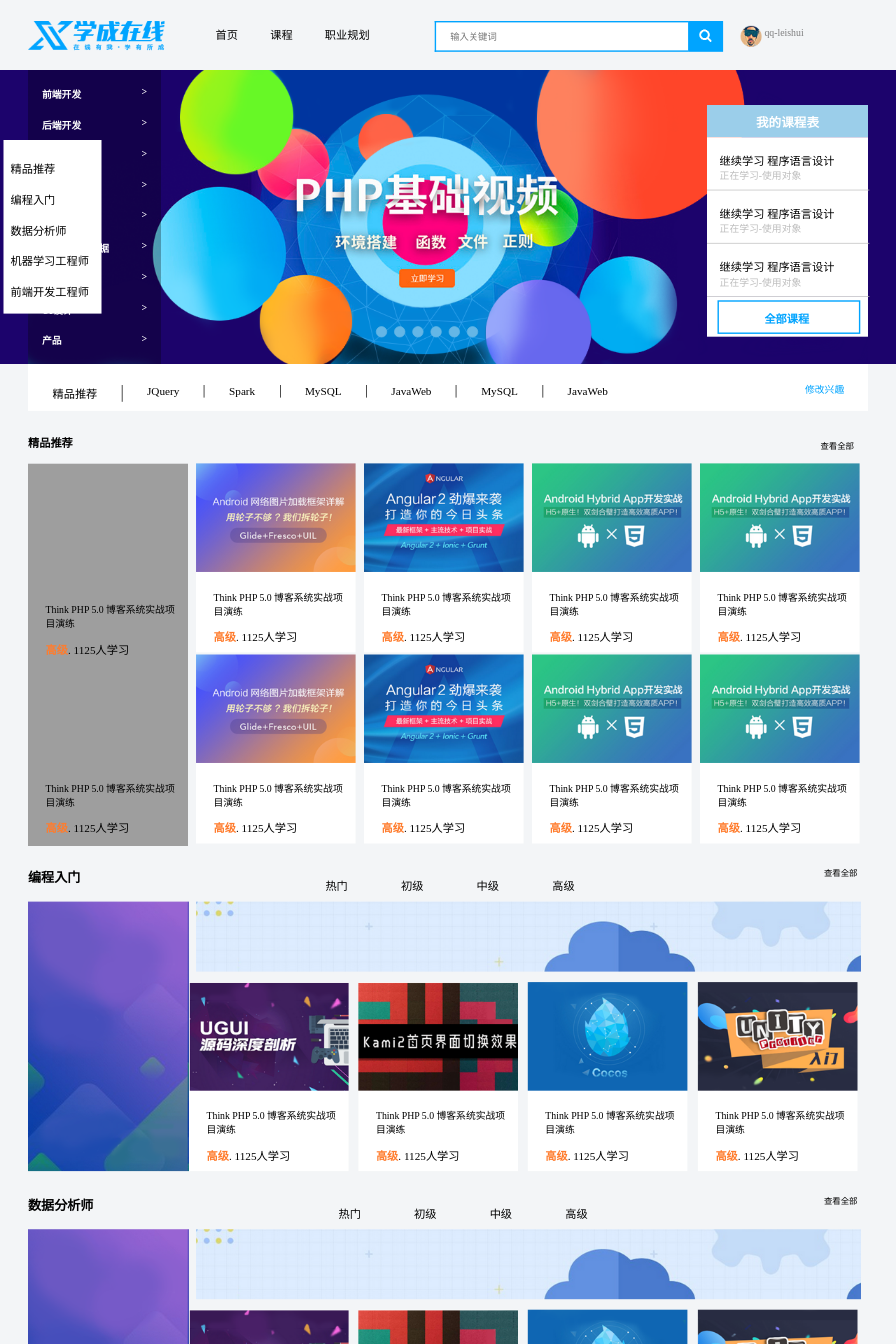
Repository: try-18/web-page-1
Page: index.html
These files come from the project's save history. The page is drawn as it stood at one moment and after the next save; the edit follows.
The browser window is 1280 px wide. The pictures show the part of the page from y = 0 to 1920 px (the page is 3340 px tall), at 70% of full size.
Pictures or frames that could not be fetched are drawn as grey boxes.

Above is the page before, as saved 2021-11-02 13:11:19.

### index.html
<!DOCTYPE html>
<html lang="en">

<head>
    <meta charset="UTF-8">
    <meta http-equiv="X-UA-Compatible" content="IE=edge">
    <meta name="viewport" content="width=device-width, initial-scale=1.0">
    <title>Document</title>
    <link rel="stylesheet" href="index.css">
</head>

<body>
    <div class="header center">
        <div class="logo1"><img src="img\logo.png" alt="学成在线"></div>
        <div class="first">
            <ul>
                <li><a href="#">首页</a></li>
                <li>
                    <a href="#">课程</a>
                </li>
                <li>
                    <a href="#">职业规划</a>
                </li>
            </ul>
        </div>
        <div class="sousuo">
            <input type="text" placeholder="输入关键词">
            <button><img src="img\search.png" alt=""></button>
        </div>
        <div class="person">
            <img src="img\touxiang.png" alt="">
            <h4>qq-leishui</h4>
        </div>
    </div>
    <div class="second">
        <div class="second1 center">
            <div class="second1left">
                <ul>
                    <li>
                        <a href="#">
                            <h4>前端开发</h4>
                            <h5>&gt;</h5>
                        </a>
                    </li>
                    <li>
                        <a href="#">
                            <h4>后端开发</h4>
                            <h5>&gt;</h5>
                        </a>
                    </li>
                    <li>
                        <a href="#">
                            <h4>移动开发</h4>
                            <h5>&gt;</h5>
                        </a>
                    </li>
                    <li>
                        <a href="#">
                            <h4>人工智能</h4>
                            <h5>&gt;</h5>
                        </a>
                    </li>
                    <li>
                        <a href="#">
                            <h4>商业预测</h4>
                            <h5>&gt;</h5>
                        </a>
                    </li>
                    <li>
                        <a href="#">
                            <h4>云计算&大数据</h4>
                            <h5>&gt;</h5>
                        </a>
                    </li>
                    <li>
                        <a href="#">
                            <h4>运维&从测试</h4>
                            <h5>&gt;</h5>
                        </a>
                    </li>
                    <li>
                        <a href="#">
                            <h4>UI设计</h4>
                            <h5>&gt;</h5>
                        </a>
                    </li>
                    <li>
                        <a href="#">
                            <h4>产品</h4>
                            <h5>&gt;</h5>
                        </a>
                    </li>
                </ul>
            </div>
            <div class="second1middle">
                <ul>
                    <li>
                        <a href="#">
                            <div></div>
                        </a>
                    </li>
                    <li>
                        <a href="#">
                            <div></div>
                        </a>
                    </li>
                    <li>
                        <a href="#">
                            <div></div>
                        </a>
                    </li>
                    <li>
                        <a href="#">
                            <div></div>
                        </a>
                    </li>
                    <li>
                        <a href="#">
                            <div></div>
                        </a>
                    </li>
                    <li>
                        <a href="#">
                            <div></div>
                        </a>
                    </li>
                </ul>
            </div>
            <div class="second1right">
                <div class="second1righttop">
                    <h4>我的课程表</h4>
                </div>
                <div class="second1rightmiddle">
                    <ul>
                        <li><a href="#">继续学习 程序语言设计<p>正在学习-使用对象</p></a>
                        </li>
                        <li><a href="#">继续学习 程序语言设计<p>正在学习-使用对象</p></a>
                        </li>
                        <li><a href="#">继续学习 程序语言设计<p>正在学习-使用对象</p></a>
                        </li>
                    </ul>
                </div>
                <div class="second1rightbottom">
                    <div class="second1rightbottomcenter">
                        <h4><a href="#">全部课程</a></h4>
                    </div>
                </div>
            </div>
        </div>
    </div>
    <div class="third center">
        <div class="thirdleft">
            <ul>
                <li><a href="#">精品推荐</a></li>
                <li><a href="#">JQuery</a></li>
                <li><a href="#">Spark</a></li>
                <li><a href="#">MySQL</a></li>
                <li><a href="#">JavaWeb</a></li>
                <li><a href="#">MySQL</a></li>
                <li><a href="#">JavaWeb</a></li>
            </ul>
        </div>
        <div class="thirdright">
            <a href="#">修改兴趣</a>
        </div>

    </div>
    <div class="fourth">
        <div class="fourthtop center">
            <div class="fourthtopleft">
                <h4>精品推荐</h4>
            </div>
            <div class="fourthtopright" id="fourth">
                <a href="#">查看全部</a>
            </div>
        </div>
        <div class="fourthmiddle center">
            <div class="fourthmiddle1 fourthmiddle0">
                <div class="hot">
                    <img src="" alt="">
                </div>
                <p><a href="#">Think PHP 5.0 博客系统实战项目演练</a></p>
                <div class="fourthmiddle11">
                    <h4>高级</h4>
                    <span> . 1125人学习</span>
                </div>
            </div>
            <div class="fourthmiddle2 fourthmiddle0">
                <p><a href="#">Think PHP 5.0 博客系统实战项目演练</a></p>
                <div class="fourthmiddle11">
                    <h4>高级</h4>
                    <span> . 1125人学习</span>
                </div>
            </div>
            <div class="fourthmiddle3 fourthmiddle0">
                <p><a href="#">Think PHP 5.0 博客系统实战项目演练</a></p>
                <div class="fourthmiddle11">
                    <h4>高级</h4>
                    <span> . 1125人学习</span>
                </div>
            </div>
            <div class="fourthmiddle4 fourthmiddle0">
                <p><a href="#">Think PHP 5.0 博客系统实战项目演练</a></p>
                <div class="fourthmiddle11">
                    <h4>高级</h4>
                    <span> . 1125人学习</span>
                </div>
            </div>
            <div class="fourthmiddle5 fourthmiddle0">
                <p><a href="#">Think PHP 5.0 博客系统实战项目演练</a></p>
                <div class="fourthmiddle11">
                    <h4>高级</h4>
                    <span> . 1125人学习</span>
                </div>
            </div>
            <div class="fourthmiddle6 fourthmiddle0">
                <p><a href="#">Think PHP 5.0 博客系统实战项目演练</a></p>
                <div class="fourthmiddle11">
                    <h4>高级</h4>
                    <span> . 1125人学习</span>
                </div>
            </div>
            <div class="fourthmiddle7 fourthmiddle0">
                <p><a href="#">Think PHP 5.0 博客系统实战项目演练</a></p>
                <div class="fourthmiddle11">
                    <h4>高级</h4>
                    <span> . 1125人学习</span>
                </div>
            </div>
            <div class="fourthmiddle8 fourthmiddle0">
                <p><a href="#">Think PHP 5.0 博客系统实战项目演练</a></p>
                <div class="fourthmiddle11">
                    <h4>高级</h4>
                    <span> . 1125人学习</span>
                </div>
            </div>
            <div class="fourthmiddle9 fourthmiddle0">
                <p><a href="#">Think PHP 5.0 博客系统实战项目演练</a></p>
                <div class="fourthmiddle11">
                    <h4>高级</h4>
                    <span> . 1125人学习</span>
                </div>
            </div>
            <div class="fourthmiddle10 fourthmiddle0">
                <p><a href="#">Think PHP 5.0 博客系统实战项目演练</a></p>
                <div class="fourthmiddle11">
                    <h4>高级</h4>
                    <span> . 1125人学习</span>
                </div>
            </div>
        </div>
    </div>
    <div class="fifthtop center">
        <h3>编程入门</h3>
        <div class="fifthtopmiddle">
            <ul>
                <li>热门</li>
                <li>初级</li>
                <li>中级</li>
                <li>高级</li>
            </ul>
        </div>
        <a href="#" id="fifth">查看全部</a>
    </div>
    <div class="fifthmiddle center">
        <div class="fifthmiddleleft"> </div>
        <div class="fifthmiddletop"></div>
        <div class="fifthmiddlemiddle">
            <div class="fifthmiddle1 fourthmiddle0">
                <p><a href="#">Think PHP 5.0 博客系统实战项目演练</a></p>
                <div class="fifthmiddle11">
                    <h4>高级</h4>
                    <span> . 1125人学习</span>
                </div>
            </div>
            <div class="fifthmiddle2 fourthmiddle0">
                <p><a href="#">Think PHP 5.0 博客系统实战项目演练</a></p>
                <div class="fifthmiddle11">
                    <h4>高级</h4>
                    <span> . 1125人学习</span>
                </div>
            </div>
            <div class="fifthmiddle3 fourthmiddle0">
                <p><a href="#">Think PHP 5.0 博客系统实战项目演练</a></p>
                <div class="fifthmiddle11">
                    <h4>高级</h4>
                    <span> . 1125人学习</span>
                </div>
            </div>
            <div class="fifthmiddle4 fourthmiddle0">
                <p><a href="#">Think PHP 5.0 博客系统实战项目演练</a></p>
                <div class="fifthmiddle11">
                    <h4>高级</h4>
                    <span> . 1125人学习</span>
                </div>
            </div>
        </div>
    </div>
    <div class="sixthtop center">
        <h3>数据分析师</h3>
        <div class="sixthtopmiddle">
            <ul>
                <li>热门</li>
                <li>初级</li>
                <li>中级</li>
                <li>高级</li>
            </ul>
        </div>
        <a href="#" id="sixth">查看全部</a>
    </div>
    <div class="sixthmiddle center">
        <div class="sixthmiddleleft">
        </div>
        <div class="sixthmiddletop">
        </div>
        <div class="sixthmiddlemiddle">
            <div class="sixthmiddle1 fourthmiddle0">
                <p><a href="#">Think PHP 5.0 博客系统实战项目演练</a></p>
                <div class="sixthmiddle11">
                    <h4>高级</h4>
                    <span> . 1125人学习</span>
                </div>
            </div>
            <div class="sixthmiddle2 fourthmiddle0">
                <p><a href="#">Think PHP 5.0 博客系统实战项目演练</a></p>
                <div class="sixthmiddle11">
                    <h4>高级</h4>
                    <span> . 1125人学习</span>
                </div>
            </div>
            <div class="sixthmiddle3 fourthmiddle0">
                <p><a href="#">Think PHP 5.0 博客系统实战项目演练</a></p>
                <div class="sixthmiddle11">
                    <h4>高级</h4>
                    <span> . 1125人学习</span>
                </div>
            </div>
            <div class="sixthmiddle4 fourthmiddle0">
                <p><a href="#">Think PHP 5.0 博客系统实战项目演练</a></p>
                <div class="sixthmiddle11">
                    <h4>高级</h4>
                    <span> . 1125人学习</span>
                </div>
            </div>
        </div>
    </div>
    <div class="seventhtop center">
        <h3>机器学习工程师</h3>
        <div class="seventhtopmiddle">
            <ul>
                <li>热门</li>
                <li>初级</li>
                <li>中级</li>
                <li>高级</li>
            </ul>
        </div>
        <a href="#" id="seventh">查看全部</a>
    </div>
    <div class="seventhmiddle center">
        <div class="seventhmiddlemiddle">
            <div class="seventhmiddle1 fourthmiddle0">
                <p><a href="#">Think PHP 5.0 博客系统实战项目演练</a></p>
                <div class="seventhmiddle11">
                    <h4>高级</h4>
                    <span> . 1125人学习</span>
                </div>
            </div>
            <div class="seventhmiddle2 fourthmiddle0">
                <p><a href="#">Think PHP 5.0 博客系统实战项目演练</a></p>
                <div class="seventhmiddle11">
                    <h4>高级</h4>
                    <span> . 1125人学习</span>
                </div>
            </div>
            <div class="seventhmiddle3 fourthmiddle0">
                <p><a href="#">Think PHP 5.0 博客系统实战项目演练</a></p>
                <div class="seventhmiddle11">
                    <h4>高级</h4>
                    <span> . 1125人学习</span>
                </div>
            </div>
            <div class="seventhmiddle4 fourthmiddle0">
                <p><a href="#">Think PHP 5.0 博客系统实战项目演练</a></p>
                <div class="seventhmiddle11">
                    <h4>高级</h4>
                    <span> . 1125人学习</span>
                </div>
            </div>
            <div class="seventhmiddle5 fourthmiddle0">
                <p><a href="#">Think PHP 5.0 博客系统实战项目演练</a></p>
                <div class="seventhmiddle11">
                    <h4>高级</h4>
                    <span> . 1125人学习</span>
                </div>
            </div>
        </div>
    </div>
    <div class="eighthtop center">
        <h3>前端开发工程师</h3>
        <div class="eighthtopmiddle">
            <ul>
                <li>热门</li>
                <li>初级</li>
                <li>中级</li>
                <li>高级</li>
            </ul>
        </div>
        <a href="#" id="eighth">查看全部</a>
    </div>
    <div class="eighthmiddle center">
        <div class="eighthmiddlemiddle">
            <div class="eighthmiddle1 fourthmiddle0">
                <p><a href="#">Think PHP 5.0 博客系统实战项目演练</a></p>
                <div class="eighthmiddle11">
                    <h4>高级</h4>
                    <span> . 1125人学习</span>
                </div>
            </div>
            <div class="eighthmiddle2 fourthmiddle0">
                <p><a href="#">Think PHP 5.0 博客系统实战项目演练</a></p>
                <div class="eighthmiddle11">
                    <h4>高级</h4>
                    <span> . 1125人学习</span>
                </div>
            </div>
            <div class="eighthmiddle3 fourthmiddle0">
                <p><a href="#">Think PHP 5.0 博客系统实战项目演练</a></p>
                <div class="eighthmiddle11">
                    <h4>高级</h4>
                    <span> . 1125人学习</span>
                </div>
            </div>
            <div class="eighthmiddle4 fourthmiddle0">
                <p><a href="#">Think PHP 5.0 博客系统实战项目演练</a></p>
                <div class="eighthmiddle11">
                    <h4>高级</h4>
                    <span> . 1125人学习</span>
                </div>
            </div>
            <div class="eighthmiddle5 fourthmiddle0">
                <p><a href="#">Think PHP 5.0 博客系统实战项目演练</a></p>
                <div class="eighthmiddle11">
                    <h4>高级</h4>
                    <span> . 1125人学习</span>
                </div>
            </div>
        </div>
    </div>
    <div class="last">
        <div class="lastcenter center">
            <div class="lastleft">
                <div class="lastcenterlefttop">
                    <img src="img\logo.png" alt="">
                </div>
                <div class="lastcenterleftmiddle">
                    <p>学成在线致力于普及中国最好的教育它与中国一流大学和机构合作提供在线课程。2017年XTCG Inc. 保留所有权利。-沪ICP备15025210号</p>
                </div>
                <div class="lastcenterleftbottom">
                    <a href="#">
                        <h4>下载APP</h4>
                    </a>
                </div>
            </div>
        </div>
        <div class="lastmiddle1">
            <h4>关于学成网</h4>
            <ul>
                <li><a href="#">关于</a></li>
                <li><a href="#">管理团队</a></li>
                <li><a href="#">工作机会</a></li>
                <li><a href="#">客户服务</a></li>
                <li><a href="#">帮助</a></li>
            </ul>
        </div>
        <div class="lastmiddle1">
            <h4>新手指南</h4>
            <ul>
                <li><a href="#">如何注册</a></li>
                <li><a href="#">如何选课</a></li>
                <li><a href="#">如何拿到毕业证</a></li>
                <li><a href="#">学分是什么</a></li>
                <li><a href="#">考试未通过怎么办</a></li>
            </ul>
        </div>
        <div class="lastmiddle1">
            <h4>合作伙伴</h4>
            <ul>
                <li><a href="#">合作机构</a></li>
                <li><a href="#">合作导师</a></li>
            </ul>
        </div>
    </div>
    <div class="left">
        <ul>
            <li><a href="#fourth">精品推荐</a></li>
            <li><a href="#fifth">编程入门</a></li>
            <li><a href="#sixth">数据分析师</a></li>
            <li><a href="#seventh">机器学习工程师</a></li>
            <li><a href="#eighth">前端开发工程师</a></li>
        </ul>
    </div>
</body>

</html>

Loaded but not shown: index.css (625 lines, source omitted)

After the next save:
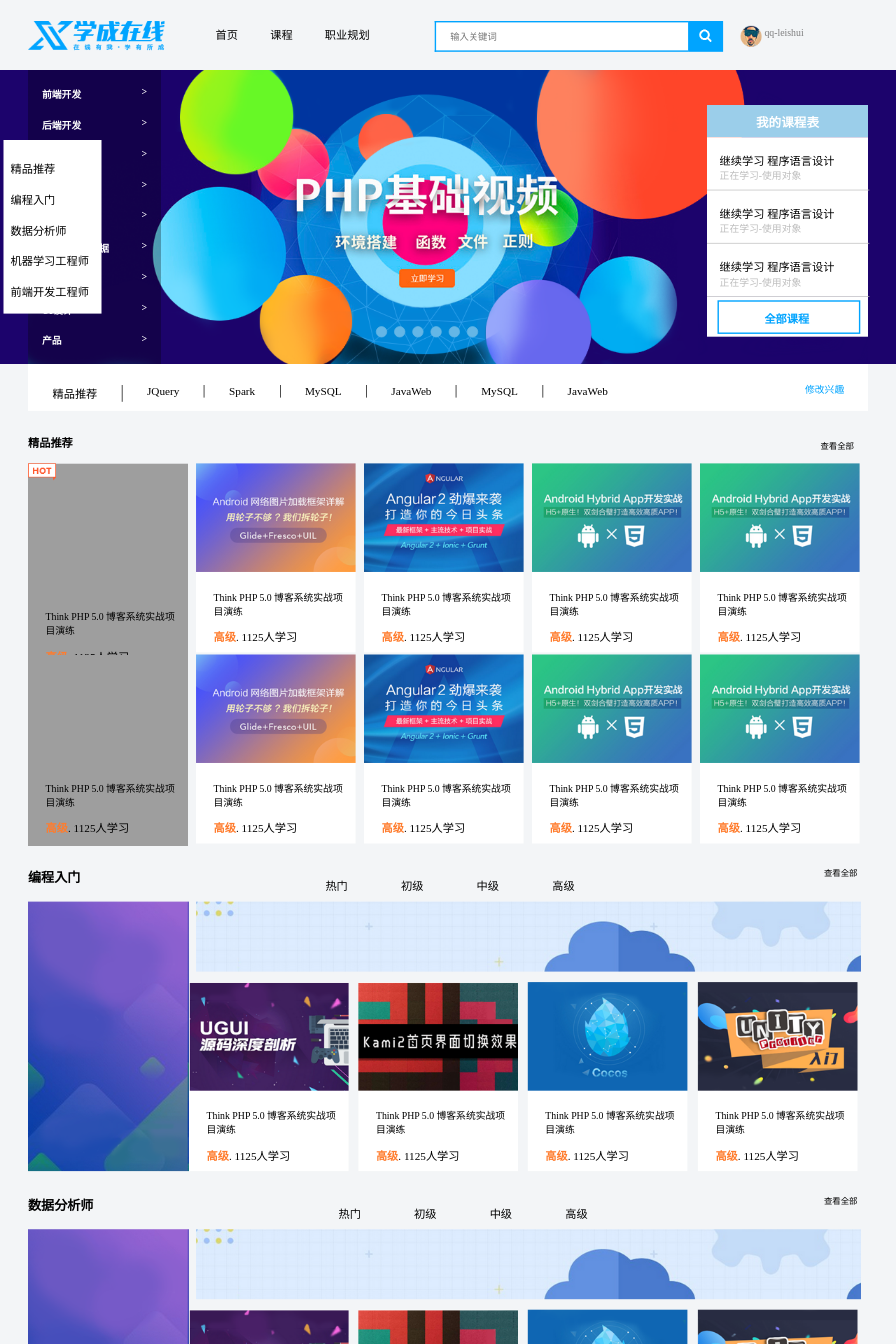
Saved 33 s later.
--- a/index.html
+++ b/index.html
@@ -177,7 +177,7 @@
         <div class="fourthmiddle center">
             <div class="fourthmiddle1 fourthmiddle0">
                 <div class="hot">
-                    <img src="" alt="">
+                    <img src="img\new 拷贝.png" alt="">
                 </div>
                 <p><a href="#">Think PHP 5.0 博客系统实战项目演练</a></p>
                 <div class="fourthmiddle11">
